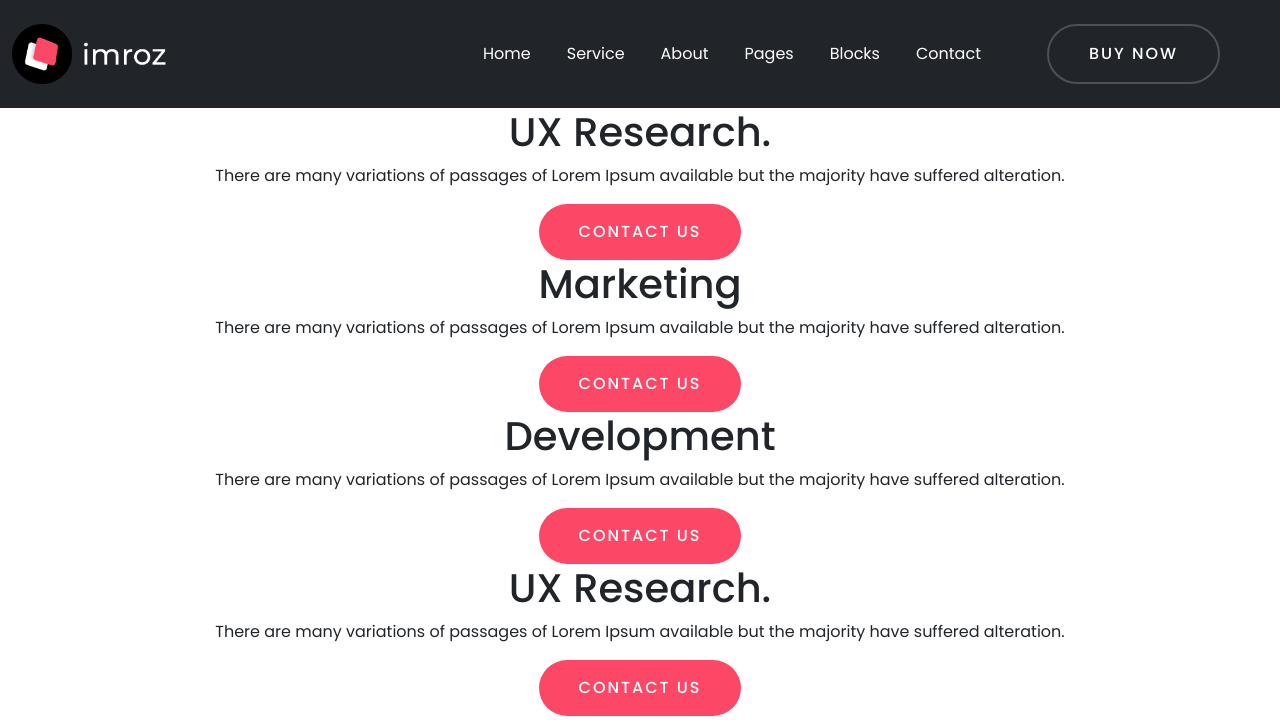
Repository: minhtrivu6199/imroz
Page: index.html
An editor plug-in stored every save of this project. The page is shown before and after the next save, followed by the edit.
The browser window is 1280 px wide. The pictures show the whole page.
Some web libraries are served in a nearby version.

Above is the page before, as saved 2022-09-18 15:45:58.
Console error: ReferenceError: jQuery is not defined

### index.html
<!DOCTYPE html>
<html lang="en">
  <head>
    <title>Digital Agency</title>
    <!-- Required meta tags -->
    <meta charset="utf-8" />
    <meta
      name="viewport"
      content="width=device-width, initial-scale=1, shrink-to-fit=no"
    />

    <!-- Font -->
    <link rel="preconnect" href="https://fonts.googleapis.com" />
    <link rel="preconnect" href="https://fonts.gstatic.com" crossorigin />
    <link
      href="https://fonts.googleapis.com/css2?family=Poppins:wght@300;400;500;600;700&display=swap"
      rel="stylesheet"
    />

    <!-- Bootstrap CSS v5.2.0-beta1 -->
    <link
      rel="stylesheet"
      href="https://cdn.jsdelivr.net/npm/bootstrap@5.2.0/dist/css/bootstrap.min.css"
      integrity="sha384-gH2yIJqKdNHPEq0n4Mqa/HGKIhSkIHeL5AyhkYV8i59U5AR6csBvApHHNl/vI1Bx"
      crossorigin="anonymous"
    />

    <!-- FontAwesome 6.1.1 CSS -->
    <link
      rel="stylesheet"
      href="https://cdnjs.cloudflare.com/ajax/libs/font-awesome/6.1.1/css/all.min.css"
      integrity="sha512-KfkfwYDsLkIlwQp6LFnl8zNdLGxu9YAA1QvwINks4PhcElQSvqcyVLLD9aMhXd13uQjoXtEKNosOWaZqXgel0g=="
      crossorigin="anonymous"
      referrerpolicy="no-referrer"
    />

    <!-- Slick Carousel -->
    <link
      rel="stylesheet"
      type="text/css"
      href="//cdn.jsdelivr.net/npm/slick-carousel@1.8.1/slick/slick.css"
    />

    <link
      rel="stylesheet"
      type="text/css"
      href="//cdn.jsdelivr.net/npm/slick-carousel@1.8.1/slick/slick-theme.css"
    />

    <!-- CSS -->
    <link rel="stylesheet" href="./css/style.css" />
  </head>

  <body>
    <!-- HEADER -->
    <header class="header">
      <nav class="navbar navbar-expand-lg bg-dark">
        <div class="container-fluid py-3">
          <div class="header-left">
            <a class="navbar-brand logo" href="#">
              <img src="./img/logo.png" alt="" />
            </a>
          </div>
          <div class="header-right">
            <div
              class="collapse navbar-collapse header-menu"
              id="navbarNavDropdown"
            >
              <ul class="navbar-nav menu">
                <li class="nav-item dropdown">
                  <a
                    class="nav-link text-white"
                    href="#"
                    role="button"
                    data-bs-toggle="dropdown"
                    aria-expanded="true"
                    >Home</a
                  >
                  <ul class="dropdown-menu">
                    <li>
                      <a class="dropdown-item" href="#">Main Demo</a>
                    </li>
                    <li>
                      <a class="dropdown-item" href="">Main Demo Dark</a>
                    </li>
                    <li>
                      <a class="dropdown-item" href="">Personal Portfolio</a>
                    </li>
                    <li>
                      <a class="dropdown-item" href="">Interior Landing</a>
                    </li>
                    <li>
                      <a class="dropdown-item" href="">Portfolio One Page 02</a>
                    </li>
                    <li>
                      <a class="dropdown-item" href="">Minimal Portfolio</a>
                    </li>
                    <li>
                      <a class="dropdown-item" href="">Digital Agency</a>
                    </li>
                    <li>
                      <a class="dropdown-item" href="">Creative Agency</a>
                    </li>
                    <li>
                      <a class="dropdown-item" href="">Corporate Business</a>
                    </li>
                    <li>
                      <a class="dropdown-item" href="">Portfolio One Page</a>
                    </li>
                    <li>
                      <a class="dropdown-item" href=""
                        >Creative Agency Landing</a
                      >
                    </li>
                    <li>
                      <a class="dropdown-item" href="">Business</a>
                    </li>
                    <li>
                      <a class="dropdown-item" href="">Designer Portfolio</a>
                    </li>
                    <li>
                      <a class="dropdown-item" href="">Home Particles</a>
                    </li>
                    <li>
                      <a class="dropdown-item" href="">Studio Agency</a>
                    </li>
                    <li>
                      <a class="dropdown-item" href="">Startup</a>
                    </li>
                    <li>
                      <a class="dropdown-item" href="">Creative Portfolio</a>
                    </li>
                  </ul>
                </li>
                <li class="nav-item dropdown">
                  <a
                    class="nav-link text-white"
                    href="#"
                    role="button"
                    data-bs-toggle="dropdown"
                    aria-expanded="false"
                    >Service</a
                  >
                  <ul class="dropdown-menu">
                    <li>
                      <a class="dropdown-item" href="">Service</a>
                    </li>
                    <li>
                      <a class="dropdown-item" href="">Service Details</a>
                    </li>
                  </ul>
                </li>
                <li class="nav-item">
                  <a class="nav-link text-white" href="">About</a>
                </li>
                <li class="nav-item dropdown">
                  <a
                    class="nav-link text-white"
                    href="#"
                    role="button"
                    data-bs-toggle="dropdown"
                    aria-expanded="false"
                    >Pages</a
                  >
                  <ul class="dropdown-menu">
                    <li>
                      <a class="dropdown-item" href="">Blog List</a>
                    </li>
                    <li>
                      <a class="dropdown-item" href="">Blog Details</a>
                    </li>
                    <li>
                      <a class="dropdown-item" href="">Service</a>
                    </li>
                    <li>
                      <a class="dropdown-item" href="">Service Details</a>
                    </li>
                    <li>
                      <a class="dropdown-item" href="">Portfolio</a>
                    </li>
                    <li>
                      <a class="dropdown-item" href="">Portfolio Details</a>
                    </li>
                    <li>
                      <a class="dropdown-item" href="">404</a>
                    </li>
                  </ul>
                </li>
                <li class="nav-item dropdown">
                  <a
                    class="nav-link text-white"
                    href="#"
                    role="button"
                    data-bs-toggle="dropdown"
                    aria-expanded="false"
                    href="#"
                    >Blocks</a
                  >
                  <ul class="dropdown-menu">
                    <li>
                      <a class="dropdown-item" href="">Portfolio</a>
                    </li>
                    <li>
                      <a class="dropdown-item" href="">Team</a>
                    </li>
                    <li>
                      <a class="dropdown-item" href="">Service</a>
                    </li>
                    <li>
                      <a class="dropdown-item" href="">Video Popup</a>
                    </li>
                    <li>
                      <a class="dropdown-item" href="">Progressbar</a>
                    </li>
                    <li>
                      <a class="dropdown-item" href="">Gallery</a>
                    </li>
                    <li>
                      <a class="dropdown-item" href="">Counters</a>
                    </li>
                    <li>
                      <a class="dropdown-item" href="">Blog List</a>
                    </li>
                    <li>
                      <a class="dropdown-item" href="">Clint Logo</a>
                    </li>
                    <li>
                      <a class="dropdown-item" href="">Contact Form</a>
                    </li>
                    <li>
                      <a class="dropdown-item" href="">Google Map</a>
                    </li>
                    <li>
                      <a class="dropdown-item" href="">Columns</a>
                    </li>
                    <li>
                      <a class="dropdown-item" href="">Pricing Table</a>
                    </li>
                    <li>
                      <a class="dropdown-item" href="">Button</a>
                    </li>
                  </ul>
                </li>
                <li class="nav-item">
                  <a class="nav-link text-white" href="">Contact</a>
                </li>
              </ul>
            </div>
            <div class="header-btn mx-5">
              <a class="btn-default btn-border btn-opacity" href="">
                <span>Buy Now</span>
              </a>
            </div>
            <button
              class="navbar-toggler"
              type="button"
              data-bs-toggle="collapse"
              data-bs-target="#navbarNavDropdown"
              aria-controls="navbarNavDropdown"
              aria-expanded="false"
              aria-label="Toggle navigation"
            >
              <span class="navbar-toggler-icon"></span>
            </button>
          </div>
        </div>
      </nav>
    </header>
    <!-- END HEADER -->

    <!-- CAROUSEL -->
    <section class="carousel">
      <div class="slider-wrapper color-white">
        <div class="slider-activation slider-digital-agency">
          <div
            class="rn-slick-dot dot-light rn-slick-activation"
            data-slick-options='{
                "slidesToShow": 1,
                "slidesToScroll": 1,
                "arrows": true,
                "fade": true,
                "infinite": true,
                "easing": "fade",
                "infinite": true,
                "adaptiveHeight": true,
                "dots": true
            }'
          >
            <!-- Start Single Slider  -->
            <div class="single-hero-banner">
              <div
                class="slide slide-style-2 fullscreen d-flex align-items-center justify-content-center bg_image bg_image--22"
                data-black-overlay="2"
              >
                <div class="container">
                  <div class="row">
                    <!-- Slider Content -->
                    <div class="col-lg-12">
                      <div class="inner text-center">
                        <h1 class="title">UX Research.</h1>
                        <p class="description">
                          There are many variations of passages of Lorem Ipsum
                          available but the majority have suffered alteration.
                        </p>
                        <div class="slide-btn">
                          <a class="btn-default" href="contact.html"
                            >Contact Us</a
                          >
                        </div>
                      </div>
                    </div>
                    <!-- Slider Content End -->
                  </div>
                </div>
              </div>
            </div>
            <!-- End Single Slider  -->
            <!-- Start Single Slider  -->
            <div class="single-hero-banner">
              <div
                class="slide slide-style-2 fullscreen d-flex align-items-center justify-content-center bg_image bg_image--23"
                data-black-overlay="2"
                tabindex="-1"
                style="width: 100%; display: inline-block"
              >
                <div class="container">
                  <div class="row">
                    <!-- Slider Content -->
                    <div class="col-lg-12">
                      <div class="inner text-center">
                        <h1 class="title">Marketing</h1>
                        <p class="description">
                          There are many variations of passages of Lorem Ipsum
                          available but the majority have suffered alteration.
                        </p>
                        <div class="slide-btn">
                          <a class="btn-default" href="contact.html"
                            >Contact Us</a
                          >
                        </div>
                      </div>
                    </div>
                    <!-- Slider Content End -->
                  </div>
                </div>
              </div>
            </div>
            <!-- End Single Slider  -->
            <!-- Start Single Slider  -->
            <div class="single-hero-banner">
              <div
                class="slide slide-style-2 fullscreen d-flex align-items-center justify-content-center bg_image bg_image--24"
                data-black-overlay="2"
                tabindex="-1"
                style="width: 100%; display: inline-block"
              >
                <div class="container">
                  <div class="row">
                    <!-- Slider Content -->
                    <div class="col-lg-12">
                      <div class="inner text-center">
                        <h1 class="title">Development</h1>
                        <p class="description">
                          There are many variations of passages of Lorem Ipsum
                          available but the majority have suffered alteration.
                        </p>
                        <div class="slide-btn">
                          <a class="btn-default" href="contact.html"
                            >Contact Us</a
                          >
                        </div>
                      </div>
                    </div>
                    <!-- Slider Content End -->
                  </div>
                </div>
              </div>
            </div>

            <div class="single-hero-banner">
              <div
                class="slide slide-style-2 fullscreen d-flex align-items-center justify-content-center bg_image bg_image--20"
                data-black-overlay="2"
                tabindex="-1"
                style="width: 100%; display: inline-block"
              >
                <div class="container">
                  <div class="row">
                    <!-- Slider Content -->
                    <div class="col-lg-12">
                      <div class="inner text-center">
                        <h1 class="title">UX Research.</h1>
                        <p class="description">
                          There are many variations of passages of Lorem Ipsum
                          available but the majority have suffered alteration.
                        </p>
                        <div class="slide-btn">
                          <a class="btn-default" href="contact.html"
                            >Contact Us</a
                          >
                        </div>
                      </div>
                    </div>
                    <!-- Slider Content End -->
                  </div>
                </div>
              </div>
            </div>
            <!-- End Single Slider  -->
          </div>
        </div>
      </div>
    </section>
    <!-- END CAROUSEL -->

    <!-- SERVICES -->
    <section class="services"></section>
    <!-- END SERVICES -->

    <!-- PROJECT -->
    <section class="project"></section>
    <!-- END PROJECT -->

    <!-- ABOUT -->
    <section class="about"></section>
    <!-- END ABOUT -->

    <!-- BLOG -->
    <section class="blog"></section>
    <!-- END BLOG  -->

    <!-- FOOTER -->
    <footer class="footer"></footer>
    <!-- END FOOTER -->

    <!-- Bootstrap -->
    <script
      src="https://cdn.jsdelivr.net/npm/@popperjs/core@2.11.5/dist/umd/popper.min.js"
      integrity="sha384-Xe+8cL9oJa6tN/veChSP7q+mnSPaj5Bcu9mPX5F5xIGE0DVittaqT5lorf0EI7Vk"
      crossorigin="anonymous"
    ></script>

    <script
      src="https://cdn.jsdelivr.net/npm/bootstrap@5.2.0/dist/js/bootstrap.min.js"
      integrity="sha384-ODmDIVzN+pFdexxHEHFBQH3/9/vQ9uori45z4JjnFsRydbmQbmL5t1tQ0culUzyK"
      crossorigin="anonymous"
    ></script>

    <!-- Slickjs -->
    <script
      type="text/javascript"
      src="//cdn.jsdelivr.net/npm/slick-carousel@1.8.1/slick/slick.min.js"
    ></script>
  </body>
</html>

### css/style.css
* {
    padding: 0;
    margin: 0;
    box-sizing: border-box;
}

html, body {
    font-family: 'Poppins', sans-serif;
}

a {
    text-decoration: none;
}


img {
    max-width: 100%;
}

a.btn-default,button.btn-default {
    color: #fff;
    font-size: 16px;
    text-transform: uppercase;
    letter-spacing: 2px;
    padding: 16px 40px;
    border-radius: 500px;
    display: inline-block;
    font-weight: 500;
    transition: all 0.4s ease-in-out;
    background-size: 152% 100%;
    background: #fd4766;
}

a.btn-default:hover,button.btn-default:hover {
    transition: all 0.4s ease-in-out;
    background: transparent;
    border-color: #FD4766;
    color: #FD4766;
}

a.btn-default.btn-border,
button.btn-default.btn-border {
  background-color: transparent;
  border: 2px solid #fd4766;
  color: #fd4766;
}

a.btn-default.btn-border:hover,
button.btn-default.btn-border:hover {
  color: #fff;
  border-color: #fd4766;
  background-color: #fd4766;
}

a.btn-default.btn-border.btn-opacity,
button.btn-default.btn-border.btn-opacity  {
    border: 2px solid hsla(0,0%,100%,.2);
    color: #fff;
}



.header .header-right {
    display: flex;
    align-items: center;
    flex-wrap: wrap;
}

.header .header-left .logo img {
    max-height: 60px;
}

.header .header-right .menu {
    flex-wrap: wrap;
}

.header .header-right .menu li {
    padding: 0px 10px;
}

.dropdown:hover .dropdown-menu {
    display: block !important;
}

.nav-item:hover a.nav-link {
    color: #fd4766 !important;
}

After the next save:
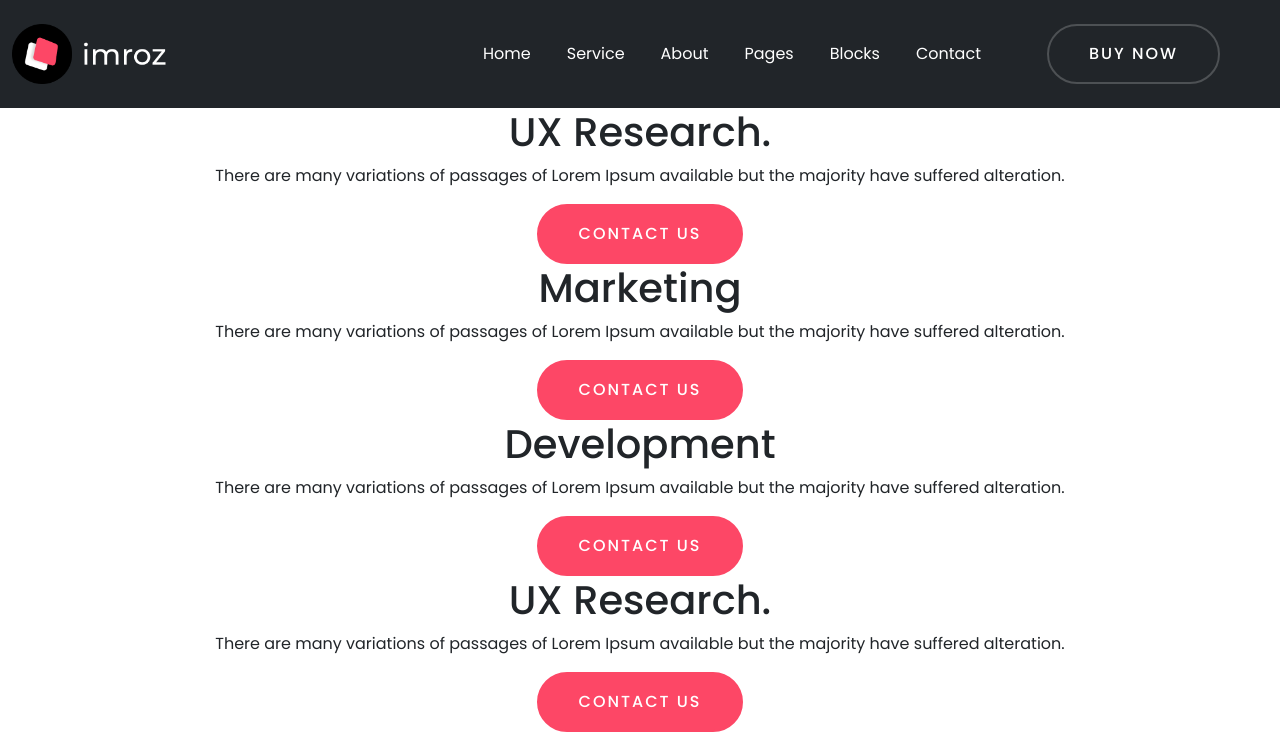
Saved 21 s later.
--- a/css/style.css
+++ b/css/style.css
@@ -29,6 +29,7 @@
     transition: all 0.4s ease-in-out;
     background-size: 152% 100%;
     background: #fd4766;
+    border: 2px solid #fd4766;
 }
 
 a.btn-default:hover,button.btn-default:hover {
